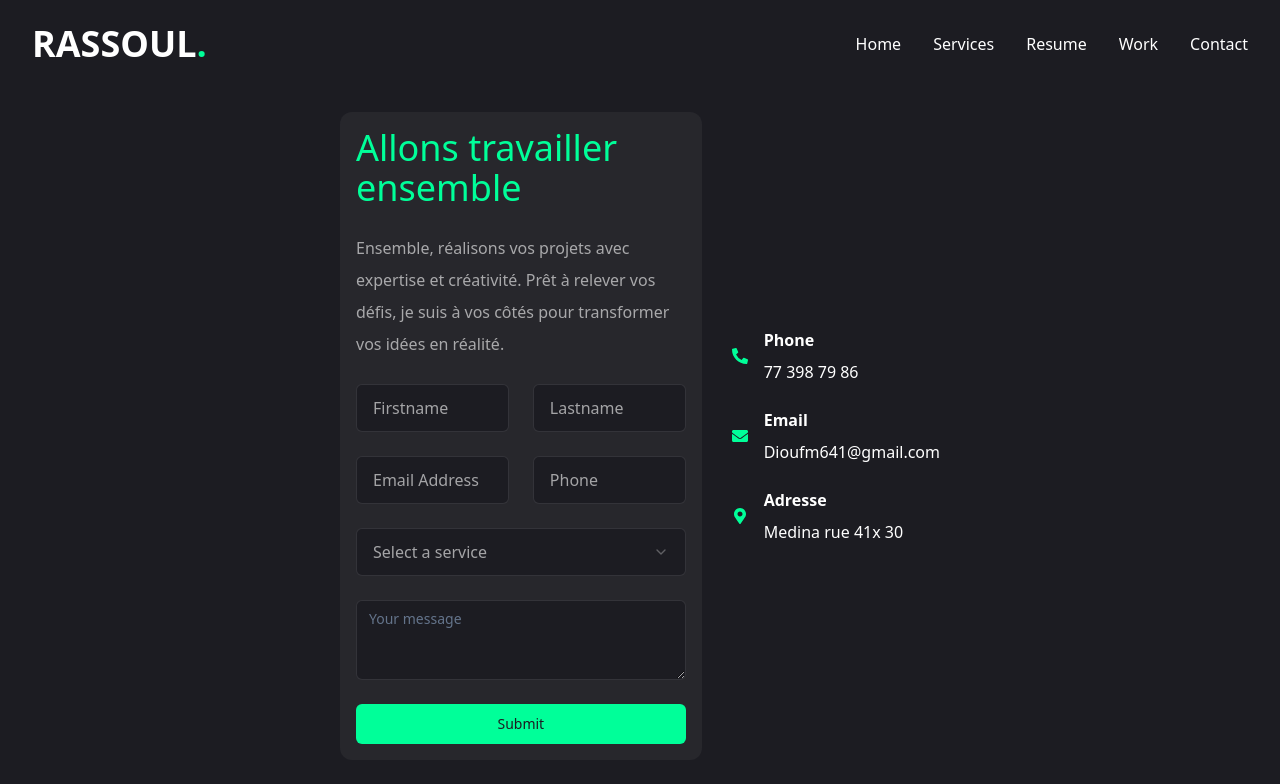
Repository: MDiouf9/portfolio2
Page: /contact
These files come from the project's save history. The page is drawn as it stood at one moment and after a run of saves; the edit follows.
The browser window is 1280 px wide. The pictures show the whole page.
The project was rebuilt for these pictures with package versions that can differ from the ones it lists, and the page was loaded fresh each time. The framework's server and built-in components were replaced by stand-ins that run in the browser. Also part of the build but not shown: next.config.mjs.

Above is the page before, as saved 2024-10-16 00:08:50.

### src/app/contact/page.tsx
"use client"
import { Button } from '@/components/ui/button';
import { Input } from '@/components/ui/input';
import { Textarea } from '@/components/ui/textarea';
import {
  Select,
  SelectContent,
  SelectGroup,
  SelectItem,
  SelectLabel,
  SelectTrigger,
  SelectValue
} from '@/components/ui/select';
import { FaPhoneAlt, FaEnvelope, FaMapMarkerAlt } from 'react-icons/fa';
import { motion } from 'framer-motion';

const info = [
  {
    icon: <FaPhoneAlt />,
    title: 'Phone',
    description: '77 398 79 86'
  },
  {
    icon: <FaEnvelope />,
    title: 'Email',
    description: 'Dioufm641@gmail.com'
  },
  {
    icon: <FaMapMarkerAlt />,
    title: 'Adresse',
    description: 'Medina rue 41x 30'
  }
];

const Contact = () => {
  return (
    <motion.section
      initial={{ opacity: 0 }}
      animate={{
        opacity: 1,
        transition: { delay: 2.4, duration: 0.4, ease: 'easeIn' },
      }}
      className="py-6"
    >
      <div className="container mx-auto px-5">
        <div className="flex flex-col   xl:flex-row gap-[30px]">
          {/* Formulaire de contact */}
          <div className="  xl:h-[54%] order-2  xl:order-none ">
            <form className="flex flex-col  gap-6 p-4 bg-[#27272c] rounded-xl ">
              <h3 className="text-4xl text-accent"> Allons travailler ensemble</h3>
              <p className="text-white/60">


Ensemble, réalisons vos projets avec expertise et créativité. Prêt à relever vos défis, je suis à vos côtés pour transformer vos idées en réalité.
              </p>
              <div className="grid grid-cols-1 md:grid-cols-2 gap-6">
                <Input type="text" placeholder="Firstname" />
                <Input type="text" placeholder="Lastname" />
                <Input type="email" placeholder="Email Address" />
                <Input type="tel" placeholder="Phone" />
              </div>
              <Select>
                <SelectTrigger className="w-full">
                  <SelectValue placeholder="Select a service" />
                </SelectTrigger>
                <SelectContent>
                  <SelectGroup>
                    <SelectLabel>Select a service</SelectLabel>
                    <SelectItem value="est">Web Development</SelectItem>
                    <SelectItem value="cst">Mobile Development</SelectItem>
                  </SelectGroup>
                </SelectContent>
              </Select>
              <Textarea className='h-[200px]:' placeholder="Your message" />
              <Button>Submit</Button>
            </form>
          </div>

          {/* Section avec les informations de contact */}
          <div className="flex-1 flex items-center xl:justify-end order-1 xl:order-none mb-8 xl:mb-0">
            <div className="space-y-4 text-white">
              {info.map((item, index) => (
                <div key={index} className="flex items-center space-x-4">
                  <div className="text-accent">{item.icon}</div>
                  <div>
                    <h4 className="font-bold">{item.title}</h4>
                    <p>{item.description}</p>
                  </div>
                </div>
              ))}
            </div>
          </div>
        </div>
      </div>
    </motion.section>
  );
};

export default Contact;

### src/components/Header.tsx
import Link from 'next/link';
import { Button } from './ui/button';
import React from 'react';
import Nav from './Nav';
import MobileNav from './MobileNav';

const Header = () => {
  return (
    <header className='bg-dark py-3 xl:py-6 text-white w-full'>
      {/* Wrapper pour le contenu du header */}
      <div className='flex items-center justify-between px-4 md:px-8'>
        {/* Logo */}
        <Link href="/">
          <h1 className='text-3xl md:text-4xl font-semibold'>
            RASSOUL<span className='text-accent'>.</span>
          </h1>
        </Link>

        {/* Menu de navigation pour les grands écrans */}
        <div className="hidden xl:flex items-center gap-8">
          <Nav />
          {/* <Link href="/Contact">
            <Button>Hire Me</Button>
          </Link> */}
        </div>

        {/* Menu mobile (uniquement visible sur petits écrans) */}
        <div className='xl:hidden'>
          <MobileNav />
        </div>
      </div>
    </header>
  );
};

export default Header;

### src/components/ui/button.tsx
import * as React from "react";
import { Slot } from "@radix-ui/react-slot";
import { cva, type VariantProps } from "class-variance-authority";

import { cn } from "@/lib/utils";

// Définit les variantes directement dans l'objet variants
const buttonVariants = cva(
  "inline-flex items-center justify-center whitespace-nowrap rounded-md text-sm font-medium ring-offset-white transition-colors focus-visible:outline-none focus-visible:ring-2 focus-visible:ring-slate-950 focus-visible:ring-offset-2 disabled:pointer-events-none disabled:opacity-50 dark:ring-offset-slate-950 dark:focus-visible:ring-slate-300",
  {
    variants: {
      variant: {
        default: "bg-accent text-primary hover:bg-accent-hover",
        outline: "border border-slate-300 text-slate-700 hover:bg-accent-hover",
      },
      size: {
        default: "h-10 px-4 py-2",
        sm: "h-9 rounded-md px-3",
        lg: "h-11 rounded-md px-8",
        icon: "h-10 w-10",
      },
    },
    defaultVariants: {
      variant: "default",
      size: "default",
    },
  }
);

// Interface ButtonProps
export interface ButtonProps
  extends React.ButtonHTMLAttributes<HTMLButtonElement>,
    VariantProps<typeof buttonVariants> {
  asChild?: boolean;
}

const Button = React.forwardRef<HTMLButtonElement, ButtonProps>(
  ({ className, variant, size, asChild = false, ...props }, ref) => {
    const Comp = asChild ? Slot : "button";
    return (
      <Comp
        className={cn(buttonVariants({ variant, size, className }))}
        ref={ref}
        {...props}
      />
    );
  }
);
Button.displayName = "Button";

export { Button, buttonVariants };

### src/components/ui/input.tsx
import * as React from "react"

import { cn } from "@/lib/utils"

export interface InputProps
  extends React.InputHTMLAttributes<HTMLInputElement> {}

const Input = React.forwardRef<HTMLInputElement, InputProps>(
  ({ className, type, ...props }, ref) => {
    return (
      <input
        type={type}
        className={cn( 'flex h-[48px] rounded-md border border-white/10 focus:border-accent font-light bg-primary px-4 py-5  text-base placeholder:text-white/60 outline-none',

          className
        )}
        ref={ref}
        {...props}
      />
    )
  }
)
Input.displayName = "Input"

export { Input }

### src/components/ui/textarea.tsx
import * as React from "react"

import { cn } from "@/lib/utils"

export interface TextareaProps
  extends React.TextareaHTMLAttributes<HTMLTextAreaElement> {}

const Textarea = React.forwardRef<HTMLTextAreaElement, TextareaProps>(
  ({ className, ...props }, ref) => {
    return (
      <textarea
        className={cn(
          "flex min-h-[80px] w-full rounded-md border border-white/10 bg-primary px-3 py-2 text-sm ring-offset-white placeholder:text-slate-500 focus-visible:outline-none focus-visible:ring-2 focus-visible:ring-accent focus-visible:ring-offset-2 disabled:cursor-not-allowed disabled:opacity-50 dark:border-slate-800 dark:bg-slate-950 dark:ring-offset-slate-950 dark:placeholder:text-slate-400 dark:focus-visible:ring-slate-300",
          className
        )}
        ref={ref}
        {...props}
      />
    )
  }
)
Textarea.displayName = "Textarea"

export { Textarea }

### src/components/ui/select.tsx
"use client"

import * as React from "react"
import * as SelectPrimitive from "@radix-ui/react-select"
import { Check, ChevronDown, ChevronUp } from "lucide-react"

import { cn } from "@/lib/utils"

const Select = SelectPrimitive.Root

const SelectGroup = SelectPrimitive.Group

const SelectValue = SelectPrimitive.Value

const SelectTrigger = React.forwardRef<
  React.ElementRef<typeof SelectPrimitive.Trigger>,
  React.ComponentPropsWithoutRef<typeof SelectPrimitive.Trigger>
>(({ className, children, ...props }, ref) => (
  <SelectPrimitive.Trigger
    ref={ref}
    className={cn(
      "flex h-[48px] w-full items-center justify-between rounded-md border border-white/10 bg-primary px-4 py-5 text-base text-white/60 placeholder:text-white/10 focus:outline-none focus:ring-2 focus:border-accent outline-none",
      className
    )}
    {...props}
  >
    {children}
    <SelectPrimitive.Icon asChild>
      <ChevronDown className="h-4 w-4 opacity-50" />
    </SelectPrimitive.Icon>
  </SelectPrimitive.Trigger>
))
SelectTrigger.displayName = SelectPrimitive.Trigger.displayName

const SelectScrollUpButton = React.forwardRef<
  React.ElementRef<typeof SelectPrimitive.ScrollUpButton>,
  React.ComponentPropsWithoutRef<typeof SelectPrimitive.ScrollUpButton>
>(({ className, ...props }, ref) => (
  <SelectPrimitive.ScrollUpButton
    ref={ref}
    className={cn(
      "flex cursor-default items-center justify-center py-1",
      className
    )}
    {...props}
  >
    <ChevronUp className="h-4 w-4" />
  </SelectPrimitive.ScrollUpButton>
))
SelectScrollUpButton.displayName = SelectPrimitive.ScrollUpButton.displayName

const SelectScrollDownButton = React.forwardRef<
  React.ElementRef<typeof SelectPrimitive.ScrollDownButton>,
  React.ComponentPropsWithoutRef<typeof SelectPrimitive.ScrollDownButton>
>(({ className, ...props }, ref) => (
  <SelectPrimitive.ScrollDownButton
    ref={ref}
    className={cn(
      "flex cursor-default items-center justify-center py-1",
      className
    )}
    {...props}
  >
    <ChevronDown className="h-4 w-4" />
  </SelectPrimitive.ScrollDownButton>
))
SelectScrollDownButton.displayName =
  SelectPrimitive.ScrollDownButton.displayName

const SelectContent = React.forwardRef<
  React.ElementRef<typeof SelectPrimitive.Content>,
  React.ComponentPropsWithoutRef<typeof SelectPrimitive.Content>
>(({ className, children, position = "popper", ...props }, ref) => (
  <SelectPrimitive.Portal>
    <SelectPrimitive.Content
      ref={ref}
      className={cn(
        "relative z-50 max-h-96 min-w-[8rem] overflow-hidden rounded-md border border-accent bg-primary text-white/60 shadow-md data-[state=open]:animate-in data-[state=closed]:animate-out data-[state=closed]:fade-out-0 data-[state=open]:fade-in-0 data-[state=closed]:zoom-out-95 data-[state=open]:zoom-in-95 data-[side=bottom]:slide-in-from-top-2 data-[side=left]:slide-in-from-right-2 data-[side=right]:slide-in-from-left-2 data-[side=top]:slide-in-from-bottom-2 dark:border-slate-800 dark:bg-slate-950 dark:text-slate-50",
        position === "popper" &&
          "data-[side=bottom]:translate-y-1 data-[side=left]:-translate-x-1 data-[side=right]:translate-x-1 data-[side=top]:-translate-y-1",
        className
      )}
      position={position}
      {...props}
    >
      <SelectScrollUpButton />
      <SelectPrimitive.Viewport
        className={cn(
          "p-1",
          position === "popper" &&
            "h-[var(--radix-select-trigger-height)] w-full min-w-[var(--radix-select-trigger-width)]"
        )}
      >
        {children}
      </SelectPrimitive.Viewport>
      <SelectScrollDownButton />
    </SelectPrimitive.Content>
  </SelectPrimitive.Portal>
))
SelectContent.displayName = SelectPrimitive.Content.displayName

const SelectLabel = React.forwardRef<
  React.ElementRef<typeof SelectPrimitive.Label>,
  React.ComponentPropsWithoutRef<typeof SelectPrimitive.Label>
>(({ className, ...props }, ref) => (
  <SelectPrimitive.Label
    ref={ref}
    className={cn("py-1.5 pl-8 pr-2 text-sm font-semibold", className)}
    {...props}
  />
))
SelectLabel.displayName = SelectPrimitive.Label.displayName

const SelectItem = React.forwardRef<
  React.ElementRef<typeof SelectPrimitive.Item>,
  React.ComponentPropsWithoutRef<typeof SelectPrimitive.Item>
>(({ className, children, ...props }, ref) => (
  <SelectPrimitive.Item
    ref={ref}
    className={cn(
      "relative flex w-full cursor-default select-none items-center rounded-sm py-1.5 pl-8 pr-2 text-sm outline-none focus:bg-accent focus:text-slate-900 data-[disabled]:pointer-events-none data-[disabled]:opacity-50 dark:focus:bg-slate-800 dark:focus:text-accent",
      className
    )}
    {...props}
  >
    <span className="absolute left-2 flex h-3.5 w-3.5 items-center justify-center">
      <SelectPrimitive.ItemIndicator>
        <Check className="h-4 w-4" />
      </SelectPrimitive.ItemIndicator>
    </span>

    <SelectPrimitive.ItemText>{children}</SelectPrimitive.ItemText>
  </SelectPrimitive.Item>
))
SelectItem.displayName = SelectPrimitive.Item.displayName

const SelectSeparator = React.forwardRef<
  React.ElementRef<typeof SelectPrimitive.Separator>,
  React.ComponentPropsWithoutRef<typeof SelectPrimitive.Separator>
>(({ className, ...props }, ref) => (
  <SelectPrimitive.Separator
    ref={ref}
    className={cn("-mx-1 my-1 h-px bg-slate-100 dark:bg-slate-800", className)}
    {...props}
  />
))
SelectSeparator.displayName = SelectPrimitive.Separator.displayName

export {
  Select,
  SelectGroup,
  SelectValue,
  SelectTrigger,
  SelectContent,
  SelectLabel,
  SelectItem,
  SelectSeparator,
  SelectScrollUpButton,
  SelectScrollDownButton,
}

### src/components/Nav.tsx
"use client"
import React from 'react'
import Link from 'next/link'
import { usePathname } from 'next/navigation'



const links =[
        {
            name: "Home",
            path: "/",
        },
        {
            name: "Services",
            path: "/Services",
        },
        {
            name: "Resume",
            path: "/Resume",
        },
        {
            name: "work",
            path: "/Work",
        },
        {
            name: "Contact",
            path: "/Contact",
        },
    ]
 const Nav = () => {
  const  pathname = usePathname();
  return (
    <nav className=' flex gap-8'>
        {links.map((link,index) => {
            return (
                <Link href={link.path} key={index} className={`${link.path === pathname && "text-accent border-b-2 border-accent"} capitalize font-medium hover:text-accent transition-all`}>
                    {link.name}
                </Link>
            );
        })}

    </nav>
  );
}
export default Nav

### src/components/MobileNav.tsx
"use client";
import React from 'react'
import {Sheet ,  SheetContent, SheetTrigger, } from '@/components/ui/sheet'
import { usePathname } from 'next/navigation';
import Link from 'next/link';
import {CiMenuFries} from "react-icons/ci"

const links =[
  {
    name: "Home",
    path: "/",
},
{
    name: "Services",
    path: "/Services",
},
{
    name: "Resume",
    path: "/Resume",
},
{
    name: "work",
    path: "/Work",
},
{
    name: "Contact",
    path: "/Contact",
},
]

const MobileNav = () => {
  const pathname = usePathname();
  return (
    <Sheet>
<SheetTrigger className='flex justify-center items-center'>
  <CiMenuFries  className=' text-[32px] text-accent'/>
</SheetTrigger>
<SheetContent  className='flex flex-col'>

     <div className=' mt-32 mb-40 text-center txt-2xl'>
     <h1> MOUHAMED<span className='text-accent'>.</span> <em className='text-accent'>DIOUF</em></h1>

     </div>
     <nav className='flex flex-col justify-center items-center gap-8'>
{links.map((link,index)=>{
  return (
    <Link href={link.path} key={index} className={`${link.path === pathname && "text-accent border-b-2 border-accent"} capitalize font-medium hover:text-accent transition-all`}>
      {link.name}


    </Link>
  )
})

}
     </nav>
     </SheetContent>
    </Sheet>
  )
}

export default MobileNav

### src/components/ui/sheet.tsx
"use client"

import * as React from "react"
import * as SheetPrimitive from "@radix-ui/react-dialog"
import { cva, type VariantProps } from "class-variance-authority"
import {IoMdClose} from 'react-icons/io'

import { cn } from "@/lib/utils"

const Sheet = SheetPrimitive.Root

const SheetTrigger = SheetPrimitive.Trigger

const SheetClose = SheetPrimitive.Close

const SheetPortal = SheetPrimitive.Portal

const SheetOverlay = React.forwardRef<
  React.ElementRef<typeof SheetPrimitive.Overlay>,
  React.ComponentPropsWithoutRef<typeof SheetPrimitive.Overlay>
>(({ className, ...props }, ref) => (
  <SheetPrimitive.Overlay
    className={cn(
      "fixed inset-0 z-50 bg-black/80  data-[state=open]:animate-in data-[state=closed]:animate-out data-[state=closed]:fade-out-0 data-[state=open]:fade-in-0",
      className
    )}
    {...props}
    ref={ref}
  />
))
SheetOverlay.displayName = SheetPrimitive.Overlay.displayName

const sheetVariants = cva(
  "fixed z-50 gap-4 bg-primary p-6 shadow-lg transition ease-in-out data-[state=open]:animate-in data-[state=closed]:animate-out data-[state=closed]:duration-300 data-[state=open]:duration-500 dark:bg-slate-950",
  {
    variants: {
      side: {
        top: "inset-x-0 top-0 border-b data-[state=closed]:slide-out-to-top data-[state=open]:slide-in-from-top",
        bottom:
          "inset-x-0 bottom-0 border-t data-[state=closed]:slide-out-to-bottom data-[state=open]:slide-in-from-bottom",
        left: "inset-y-0 left-0 h-full w-3/4  data-[state=closed]:slide-out-to-left data-[state=open]:slide-in-from-left sm:max-w-sm",
        right:
          "inset-y-0 right-0 h-full w-3/4   data-[state=closed]:slide-out-to-right data-[state=open]:slide-in-from-right sm:max-w-sm",
      },
    },
    defaultVariants: {
      side: "right",
    },
  }
)

interface SheetContentProps
  extends React.ComponentPropsWithoutRef<typeof SheetPrimitive.Content>,
    VariantProps<typeof sheetVariants> {}

const SheetContent = React.forwardRef<
  React.ElementRef<typeof SheetPrimitive.Content>,
  SheetContentProps
>(({ side = "right", className, children, ...props }, ref) => (
  <SheetPortal>
    <SheetOverlay />
    <SheetPrimitive.Content
      ref={ref}
      className={cn(sheetVariants({ side }), className)}
      {...props}
    >
      {children}
      <SheetPrimitive.Close className="absolute right-4 top-4 rounded-sm opacity-70 ring-offset-white transition-opacity hover:opacity-100 focus:outline-none focus:ring-2 focus:ring-slate-950 focus:ring-offset-2 disabled:pointer-events-none data-[state=open]:bg-slate-100 dark:ring-offset-slate-950 dark:focus:ring-slate-300 dark:data-[state=open]:bg-slate-800">
        <IoMdClose className="text-3xl text-accent" />
        <span className="sr-only">Close</span>
      </SheetPrimitive.Close>
    </SheetPrimitive.Content>
  </SheetPortal>
))
SheetContent.displayName = SheetPrimitive.Content.displayName

const SheetHeader = ({
  className,
  ...props
}: React.HTMLAttributes<HTMLDivElement>) => (
  <div
    className={cn(
      "flex flex-col space-y-2 text-center sm:text-left",
      className
    )}
    {...props}
  />
)
SheetHeader.displayName = "SheetHeader"

const SheetFooter = ({
  className,
  ...props
}: React.HTMLAttributes<HTMLDivElement>) => (
  <div
    className={cn(
      "flex flex-col-reverse sm:flex-row sm:justify-end sm:space-x-2",
      className
    )}
    {...props}
  />
)
SheetFooter.displayName = "SheetFooter"

const SheetTitle = React.forwardRef<
  React.ElementRef<typeof SheetPrimitive.Title>,
  React.ComponentPropsWithoutRef<typeof SheetPrimitive.Title>
>(({ className, ...props }, ref) => (
  <SheetPrimitive.Title
    ref={ref}
    className={cn("text-lg font-semibold text-slate-950 dark:text-slate-50", className)}
    {...props}
  />
))
SheetTitle.displayName = SheetPrimitive.Title.displayName

const SheetDescription = React.forwardRef<
  React.ElementRef<typeof SheetPrimitive.Description>,
  React.ComponentPropsWithoutRef<typeof SheetPrimitive.Description>
>(({ className, ...props }, ref) => (
  <SheetPrimitive.Description
    ref={ref}
    className={cn("text-sm text-slate-500 dark:text-slate-400", className)}
    {...props}
  />
))
SheetDescription.displayName = SheetPrimitive.Description.displayName

export {
  Sheet,
  SheetPortal,
  SheetOverlay,
  SheetTrigger,
  SheetClose,
  SheetContent,
  SheetHeader,
  SheetFooter,
  SheetTitle,
  SheetDescription,
}

Loaded but not shown: src/app/layout.tsx (common file); src/app/globals.css (common file); src/lib/utils.ts (common file); tailwind.config.ts (common file)

After the next 2 saves:
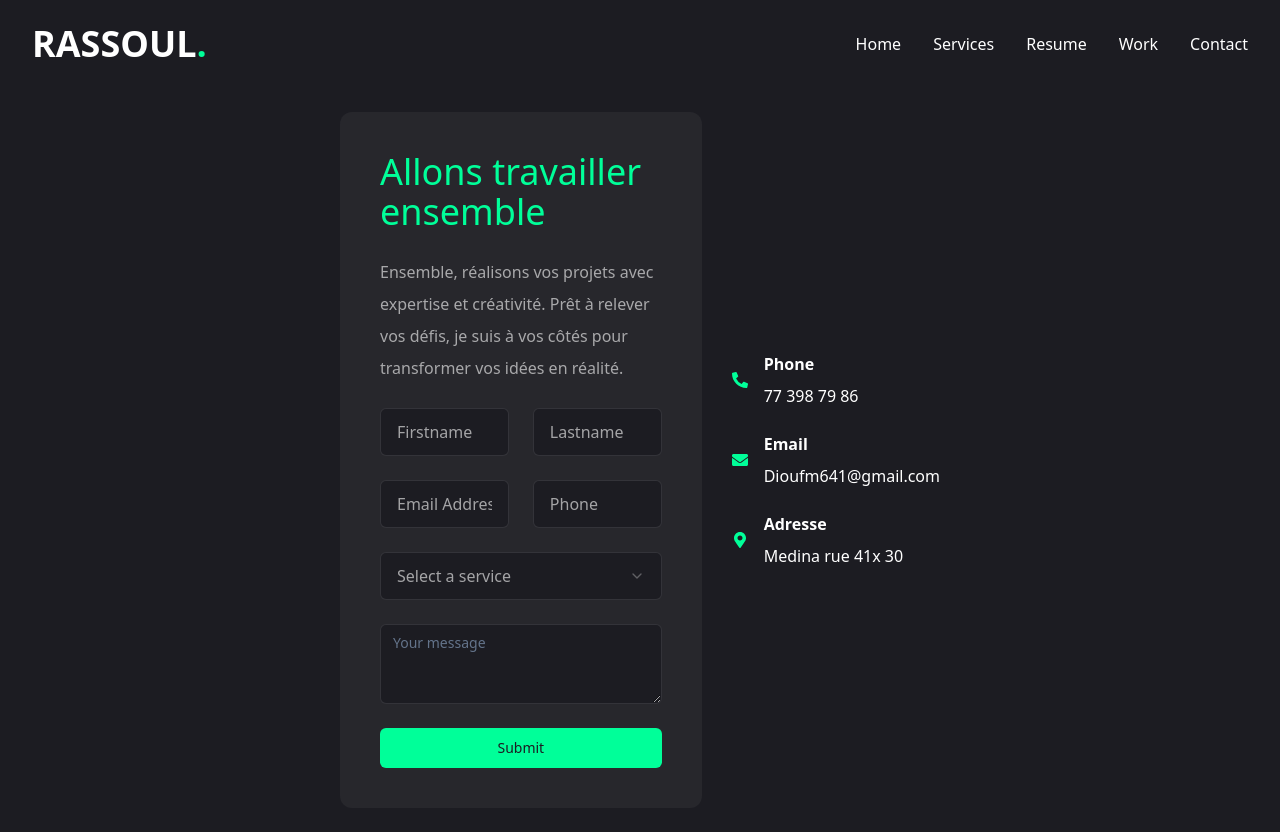
The 2 saves are shown as one change because they came seconds apart.
The last was saved 5 min 3 s later.
--- a/src/app/contact/page.tsx
+++ b/src/app/contact/page.tsx
@@ -46,7 +46,7 @@ const Contact = () => {
         <div className="flex flex-col   xl:flex-row gap-[30px]">
           {/* Formulaire de contact */}
           <div className="  xl:h-[54%] order-2  xl:order-none ">
-            <form className="flex flex-col  gap-6 p-4 bg-[#27272c] rounded-xl ">
+            <form className="flex flex-col  gap-6 p-10 bg-[#27272c] rounded-xl ">
               <h3 className="text-4xl text-accent"> Allons travailler ensemble</h3>
               <p className="text-white/60">
 
